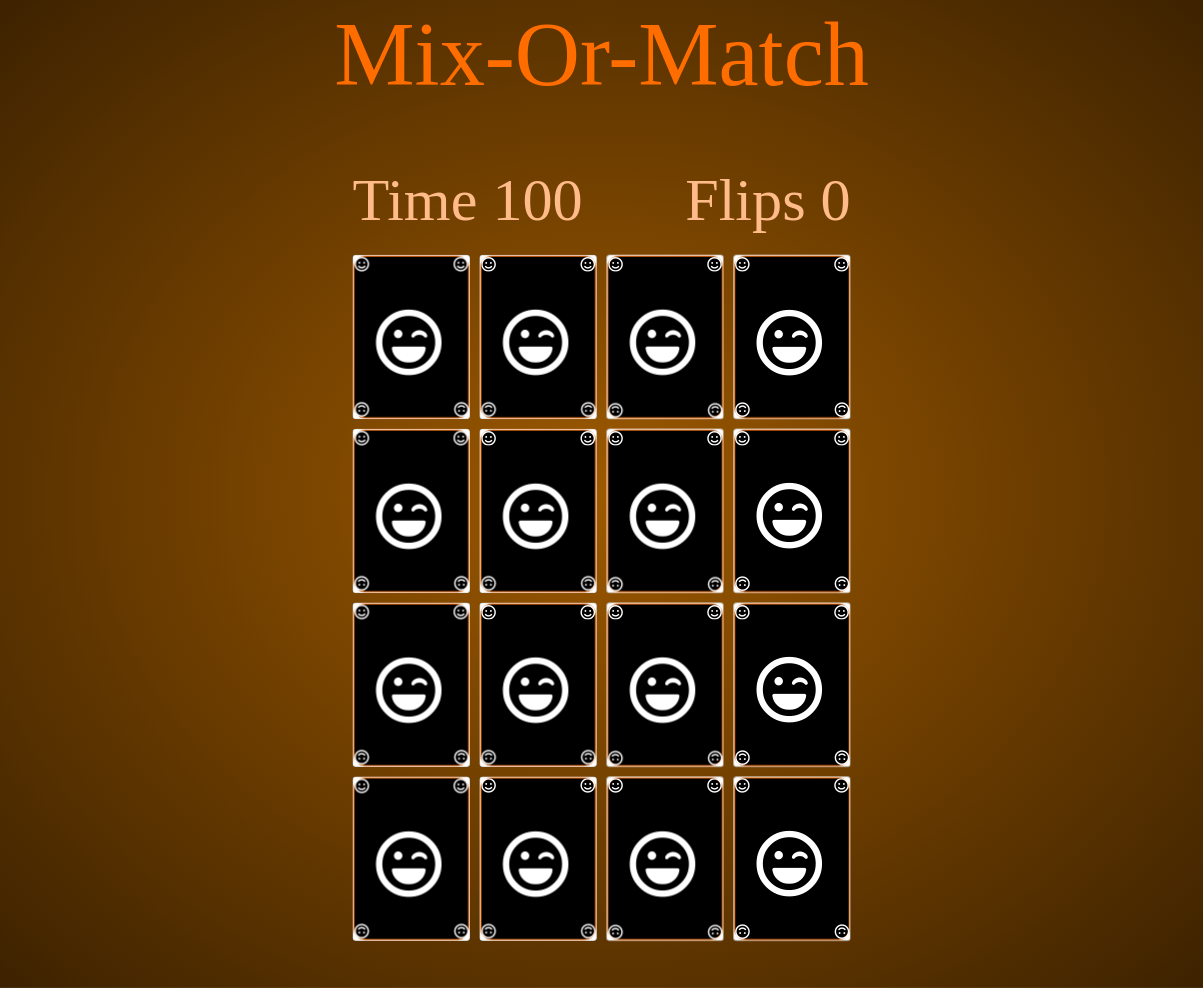
Repository: Code-Institute-Submissions/Memory-Game-7
Page: index.html
The author's editor kept a record of every edit. The page is drawn from the files as they stood at one moment, then again after the next edit.
The browser window is 1280 px wide. The pictures show the whole page, at 94% of full size.
Some web fonts or font styles are not loaded; a fallback is used. Some web libraries are served in a nearby version.

Above is the page before.

### index.html
<!DOCTYPE html>
<html lang="en">

<head>
    <meta charset="UTF-8">
    <meta name="viewport" content="width=device-width, initial-scale=1.0">
    <meta http-equiv="X-UA-Compatible" content="ie=edge">
    <title>Mix-Or-Match</title>
    <link rel="stylesheet" href="assets/css/style.css" type="text/css" />
    <link rel="stylesheet" href="https://stackpath.bootstrapcdn.com/bootstrap/4.3.1/css/bootstrap.min.css" integrity="sha384-ggOyR0iXCbMQv3Xipma34MD+dH/1fQ784/j6cY/iJTQUOhcWr7x9JvoRxT2MZw1T" crossorigin="anonymous">
    <script src="https://code.jquery.com/jquery-3.3.1.slim.min.js" integrity="sha384-q8i/X+965DzO0rT7abK41JStQIAqVgRVzpbzo5smXKp4YfRvH+8abtTE1Pi6jizo" crossorigin="anonymous"></script>
    <script src="https://stackpath.bootstrapcdn.com/bootstrap/4.3.1/js/bootstrap.min.js" integrity="sha384-JjSmVgyd0p3pXB1rRibZUAYoIIy6OrQ6VrjIEaFf/nJGzIxFDsf4x0xIM+B07jRM" crossorigin="anonymous"></script>
    <script src="https://cdnjs.cloudflare.com/ajax/libs/popper.js/1.14.7/umd/popper.min.js" integrity="sha384-UO2eT0CpHqdSJQ6hJty5KVphtPhzWj9WO1clHTMGa3JDZwrnQq4sF86dIHNDz0W1" crossorigin="anonymous"></script>
    <link rel="stylesheet" href="https://use.fontawesome.com/releases/v5.8.1/css/all.css" integrity="sha384-50oBUHEmvpQ+1lW4y57PTFmhCaXp0ML5d60M1M7uH2+nqUivzIebhndOJK28anvf" crossorigin="anonymous">
    <link rel="stylesheet" href="https://cdnjs.cloudflare.com/ajax/libs/hover.css/2.3.1/css/hover-min.css" type="text/css" />

    <link href="https://fonts.googleapis.com/css?family=Special+Elite&display=swap" rel="stylesheet">
</head>

<body>
    <h1 class="page-title">Mix-Or-Match</h1>
    <div class="overlay-text visible">
        Click to Start
    </div>
    <div id="game-over-text" class="overlay-text">
        GAME OVER
        <span class="overlay-text-small">Click to Restart</span>
    </div>
    <div id="victory-text" class="overlay-text">
        VICTORY
        <span class="overlay-text-small">Click to Restart</span>
    </div>
    <div class="game-container">
        <div class="game-info-container">
            <div class="game-info">
                Time <span id="time-remaining">100</span>
            </div>
            <div class="game-info">
                Flips <span id="time-remaining">0</span>
            </div>
        </div>
        <div class="card">
            <div class="card-back card-face">
                <i class="far fa-smile smiley smiley-top-left"></i>
                <i class="far fa-smile smiley smiley-top-right"></i>
                <i class="far fa-smile smiley smiley-bottom-left"></i>
                <i class="far fa-smile smiley smiley-bottom-right"></i>
                <i class="far fa-laugh-wink fa-5x wink card-value"></i>
            </div>
            <div class="card-front card-face">
                <i class="far fa-smile smiley smiley-top-left"></i>
                <i class="far fa-smile smiley smiley-top-right"></i>
                <i class="far fa-smile smiley smiley-bottom-left"></i>
                <i class="far fa-smile smiley smiley-bottom-right"></i>
                <i class="fas fa-heart fa-5x wink card-value"></i>
            </div>
        </div>
         <div class="card">
            <div class="card-back card-face">
                <i class="far fa-smile smiley smiley-top-left"></i>
                <i class="far fa-smile smiley smiley-top-right"></i>
                <i class="far fa-smile smiley smiley-bottom-left"></i>
                <i class="far fa-smile smiley smiley-bottom-right"></i>
                <i class="far fa-laugh-wink fa-5x wink card-value"></i>
            </div>
            <div class="card-front card-face">
                <i class="far fa-smile smiley smiley-top-left"></i>
                <i class="far fa-smile smiley smiley-top-right"></i>
                <i class="far fa-smile smiley smiley-bottom-left"></i>
                <i class="far fa-smile smiley smiley-bottom-right"></i>
                <i class="fas fa-heart fa-5x wink card-value"></i>
            </div>
        </div>
         <div class="card">
            <div class="card-back card-face">
                <i class="far fa-smile smiley smiley-top-left"></i>
                <i class="far fa-smile smiley smiley-top-right"></i>
                <i class="far fa-smile smiley smiley-bottom-left"></i>
                <i class="far fa-smile smiley smiley-bottom-right"></i>
                <i class="far fa-laugh-wink fa-5x wink card-value"></i>
            </div>
            <div class="card-front card-face">
                <i class="far fa-smile smiley smiley-top-left"></i>
                <i class="far fa-smile smiley smiley-top-right"></i>
                <i class="far fa-smile smiley smiley-bottom-left"></i>
                <i class="far fa-smile smiley smiley-bottom-right"></i>
                <i class="fas fa-star fa-5x wink card-value"></i>
            </div>
        </div>
         <div class="card">
            <div class="card-back card-face">
                <i class="far fa-smile smiley smiley-top-left"></i>
                <i class="far fa-smile smiley smiley-top-right"></i>
                <i class="far fa-smile smiley smiley-bottom-left"></i>
                <i class="far fa-smile smiley smiley-bottom-right"></i>
                <i class="far fa-laugh-wink fa-5x wink card-value"></i>
            </div>
            <div class="card-front card-face">
                <i class="far fa-smile smiley smiley-top-left"></i>
                <i class="far fa-smile smiley smiley-top-right"></i>
                <i class="far fa-smile smiley smiley-bottom-left"></i>
                <i class="far fa-smile smiley smiley-bottom-right"></i>
                <i class="fas fa-star fa-5x wink card-value"></i>
            </div>
        </div>
         <div class="card">
            <div class="card-back card-face">
                <i class="far fa-smile smiley smiley-top-left"></i>
                <i class="far fa-smile smiley smiley-top-right"></i>
                <i class="far fa-smile smiley smiley-bottom-left"></i>
                <i class="far fa-smile smiley smiley-bottom-right"></i>
                <i class="far fa-laugh-wink fa-5x wink card-value"></i>
            </div>
            <div class="card-front card-face">
                <i class="far fa-smile smiley smiley-top-left"></i>
                <i class="far fa-smile smiley smiley-top-right"></i>
                <i class="far fa-smile smiley smiley-bottom-left"></i>
                <i class="far fa-smile smiley smiley-bottom-right"></i>
                <i class="fas fa-cloud fa-5x wink card-value"></i>
            </div>
        </div>
         <div class="card">
            <div class="card-back card-face">
                <i class="far fa-smile smiley smiley-top-left"></i>
                <i class="far fa-smile smiley smiley-top-right"></i>
                <i class="far fa-smile smiley smiley-bottom-left"></i>
                <i class="far fa-smile smiley smiley-bottom-right"></i>
                <i class="far fa-laugh-wink fa-5x wink card-value"></i>
            </div>
            <div class="card-front card-face">
                <i class="far fa-smile smiley smiley-top-left"></i>
                <i class="far fa-smile smiley smiley-top-right"></i>
                <i class="far fa-smile smiley smiley-bottom-left"></i>
                <i class="far fa-smile smiley smiley-bottom-right"></i>
                <i class="fas fa-cloud fa-5x wink card-value"></i>
            </div>
        </div>
         <div class="card">
            <div class="card-back card-face">
                <i class="far fa-smile smiley smiley-top-left"></i>
                <i class="far fa-smile smiley smiley-top-right"></i>
                <i class="far fa-smile smiley smiley-bottom-left"></i>
                <i class="far fa-smile smiley smiley-bottom-right"></i>
                <i class="far fa-laugh-wink fa-5x wink card-value"></i>
            </div>
            <div class="card-front card-face">
                <i class="far fa-smile smiley smiley-top-left"></i>
                <i class="far fa-smile smiley smiley-top-right"></i>
                <i class="far fa-smile smiley smiley-bottom-left"></i>
                <i class="far fa-smile smiley smiley-bottom-right"></i>
                <i class="fas fa-futbol fa-5x wink card-value"></i>
            </div>
        </div>
         <div class="card">
            <div class="card-back card-face">
                <i class="far fa-smile smiley smiley-top-left"></i>
                <i class="far fa-smile smiley smiley-top-right"></i>
                <i class="far fa-smile smiley smiley-bottom-left"></i>
                <i class="far fa-smile smiley smiley-bottom-right"></i>
                <i class="far fa-laugh-wink fa-5x wink card-value"></i>
            </div>
            <div class="card-front card-face">
                <i class="far fa-smile smiley smiley-top-left"></i>
                <i class="far fa-smile smiley smiley-top-right"></i>
                <i class="far fa-smile smiley smiley-bottom-left"></i>
                <i class="far fa-smile smiley smiley-bottom-right"></i>
                <i class="fas fa-futbol fa-5x wink card-value"></i>
            </div>
        </div>
         <div class="card">
            <div class="card-back card-face">
                <i class="far fa-smile smiley smiley-top-left"></i>
                <i class="far fa-smile smiley smiley-top-right"></i>
                <i class="far fa-smile smiley smiley-bottom-left"></i>
                <i class="far fa-smile smiley smiley-bottom-right"></i>
                <i class="far fa-laugh-wink fa-5x wink card-value"></i>
            </div>
            <div class="card-front card-face">
                <i class="far fa-smile smiley smiley-top-left"></i>
                <i class="far fa-smile smiley smiley-top-right"></i>
                <i class="far fa-smile smiley smiley-bottom-left"></i>
                <i class="far fa-smile smiley smiley-bottom-right"></i>
                <i class="fas fa-cat fa-5x wink card-value"></i>
            </div>
        </div>
         <div class="card">
            <div class="card-back card-face">
                <i class="far fa-smile smiley smiley-top-left"></i>
                <i class="far fa-smile smiley smiley-top-right"></i>
                <i class="far fa-smile smiley smiley-bottom-left"></i>
                <i class="far fa-smile smiley smiley-bottom-right"></i>
                <i class="far fa-laugh-wink fa-5x wink card-value"></i>
            </div>
            <div class="card-front card-face">
                <i class="far fa-smile smiley smiley-top-left"></i>
                <i class="far fa-smile smiley smiley-top-right"></i>
                <i class="far fa-smile smiley smiley-bottom-left"></i>
                <i class="far fa-smile smiley smiley-bottom-right"></i>
                <i class="fas fa-cat fa-5x wink card-value"></i>
            </div>
        </div>
         <div class="card">
            <div class="card-back card-face">
                <i class="far fa-smile smiley smiley-top-left"></i>
                <i class="far fa-smile smiley smiley-top-right"></i>
                <i class="far fa-smile smiley smiley-bottom-left"></i>
                <i class="far fa-smile smiley smiley-bottom-right"></i>
                <i class="far fa-laugh-wink fa-5x wink card-value"></i>
            </div>
            <div class="card-front card-face">
                <i class="far fa-smile smiley smiley-top-left"></i>
                <i class="far fa-smile smiley smiley-top-right"></i>
                <i class="far fa-smile smiley smiley-bottom-left"></i>
                <i class="far fa-smile smiley smiley-bottom-right"></i>
                <i class="fas fa-dog fa-5x wink card-value"></i>
            </div>
        </div>
         <div class="card">
            <div class="card-back card-face">
                <i class="far fa-smile smiley smiley-top-left"></i>
                <i class="far fa-smile smiley smiley-top-right"></i>
                <i class="far fa-smile smiley smiley-bottom-left"></i>
                <i class="far fa-smile smiley smiley-bottom-right"></i>
                <i class="far fa-laugh-wink fa-5x wink card-value"></i>
            </div>
            <div class="card-front card-face">
                <i class="far fa-smile smiley smiley-top-left"></i>
                <i class="far fa-smile smiley smiley-top-right"></i>
                <i class="far fa-smile smiley smiley-bottom-left"></i>
                <i class="far fa-smile smiley smiley-bottom-right"></i>
                <i class="fas fa-dog fa-5x wink card-value"></i>
            </div>
        </div>
         <div class="card">
            <div class="card-back card-face">
                <i class="far fa-smile smiley smiley-top-left"></i>
                <i class="far fa-smile smiley smiley-top-right"></i>
                <i class="far fa-smile smiley smiley-bottom-left"></i>
                <i class="far fa-smile smiley smiley-bottom-right"></i>
                <i class="far fa-laugh-wink fa-5x wink card-value"></i>
            </div>
            <div class="card-front card-face">
                <i class="far fa-smile smiley smiley-top-left"></i>
                <i class="far fa-smile smiley smiley-top-right"></i>
                <i class="far fa-smile smiley smiley-bottom-left"></i>
                <i class="far fa-smile smiley smiley-bottom-right"></i>
                <i class="fas fa-frog fa-5x wink card-value"></i>
            </div>
        </div>
         <div class="card">
            <div class="card-back card-face">
                <i class="far fa-smile smiley smiley-top-left"></i>
                <i class="far fa-smile smiley smiley-top-right"></i>
                <i class="far fa-smile smiley smiley-bottom-left"></i>
                <i class="far fa-smile smiley smiley-bottom-right"></i>
                <i class="far fa-laugh-wink fa-5x wink card-value"></i>
            </div>
            <div class="card-front card-face">
                <i class="far fa-smile smiley smiley-top-left"></i>
                <i class="far fa-smile smiley smiley-top-right"></i>
                <i class="far fa-smile smiley smiley-bottom-left"></i>
                <i class="far fa-smile smiley smiley-bottom-right"></i>
                <i class="fas fa-frog fa-5x wink card-value"></i>
            </div>
        </div>
         <div class="card">
            <div class="card-back card-face">
                <i class="far fa-smile smiley smiley-top-left"></i>
                <i class="far fa-smile smiley smiley-top-right"></i>
                <i class="far fa-smile smiley smiley-bottom-left"></i>
                <i class="far fa-smile smiley smiley-bottom-right"></i>
                <i class="far fa-laugh-wink fa-5x wink card-value"></i>
            </div>
            <div class="card-front card-face">
                <i class="far fa-smile smiley smiley-top-left"></i>
                <i class="far fa-smile smiley smiley-top-right"></i>
                <i class="far fa-smile smiley smiley-bottom-left"></i>
                <i class="far fa-smile smiley smiley-bottom-right"></i>
                <i class="fas fa-horse fa-5x wink card-value"></i>
            </div>
        </div>
         <div class="card">
            <div class="card-back card-face">
                <i class="far fa-smile smiley smiley-top-left"></i>
                <i class="far fa-smile smiley smiley-top-right"></i>
                <i class="far fa-smile smiley smiley-bottom-left"></i>
                <i class="far fa-smile smiley smiley-bottom-right"></i>
                <i class="far fa-laugh-wink fa-5x wink card-value"></i>
            </div>
            <div class="card-front card-face">
                <i class="far fa-smile smiley smiley-top-left"></i>
                <i class="far fa-smile smiley smiley-top-right"></i>
                <i class="far fa-smile smiley smiley-bottom-left"></i>
                <i class="far fa-smile smiley smiley-bottom-right"></i>
                <i class="fas fa-horse fa-5x wink card-value"></i>
            </div>
        </div>

    </div>

    <script type="text/javascript" src="assets/js/script.js"></script>
</body>

</html>

### assets/css/style.css
@font-face {
    font-family: "Creepy";
    src: url("Assets/Fonts/Creepy.woff") format("woff"),
    src: url("Assets/Fonts/Creepy.woff2") format("woff2")
}

@font-face {
    font-family: "Lunacy";
    src: url("Assets/Fonts/Lunacy.woff") format("woff"),
    src: url("Assets/Fonts/Lunacy.woff2") format("woff2")
}

* {
    box-sizing: border-box;
}

html{
    min-height: 100vh;
}

body {
    margin: 0;
    background: radial-gradient(#9D5900, #3D2200);
}

.page-title {
    color: #FF6D00;
    font-family: Creepy, serif;
    font-weight: normal;
    text-align: center;
    font-size: 6em;
}

.game-info-container{
    grid-column: 1 / -1;
    display: flex;
    justify-content: space-between;
}

.game-info {
    font-family: Lunacy, serif;
    color: #FFBB89;
    font-size: 4em;
}

.game-container {
    display: grid;
    grid-template-columns: repeat(4, auto);
    grid-gap: 10px;
    margin: 50px;
    justify-content: center;
    perspective: 500px;
}

.card {
    position: relative;
    height: 175px;
    width: 125px;
}

i {
    color: #fff;
}

.card-face{
    position: absolute;
    width: 100%;
    height: 100%;
    display: flex;
    justify-content: center;
    align-items: center;
    backface-visibility: hidden;
    border-radius: 12px;
    border-width: 1px;
    border-style: solid;
    transition: transform 500ms ease-in-out;
}

.card.visible .card-back {
    transform: rotateY(-180deg);
}

.card.visible .card-front {
    transform: rotateY(0deg);
}

.card.matched .card-value {
    animation: dance 1s linear infinite 500ms;
}

.overlay-text {
    display: none;
    position: fixed;
    top: 0;
    left: 0;
    right: 0;
    bottom: 0;
    justify-content: center;
    align-items: center;
    z-index: 100;
    color: #FF6D00;
    font-family: Creepy, serif;
}

.overlay-text-small {
    font-size: 3em;
}

.overlay-text-visible {
    display: flex;
    flex-direction: column;
    animation: overlay-grow 500ms forwards;
}

@keyframes overlay-grow {
    from {
        background-color: rgba(0, 0, 0, 0);
        font-size: 0;
    }
    to {
        background-color: rgba(0, 0, 0, .8);
        font-size: 10em;
    }
}
/*@keyframes dance {*/
/*    0%, 100& {*/
/*        transform: rotate(0);*/
/*    }*/
/*    25% {*/
/*        transform: rotate(-23deg);*/
/*    }*/
/*    76% {*/
/*        transform: rotate(30deg);*/
/*    }*/
/*}*/

.card-back{
    background-color: #000;
    border-color: #FF6D00;
}

.card-front {
    background-color: #FFBB89;
    border-color: #333;
    transform: rotateY(180deg);
}

.card-value {
    transition: transform 100ms ease-in-out;
    transform: scale(.9);
}

.card-front:hover ,card-value {
    transform: scale(1);
}

.smiley{
    position: absolute;
    transition: width 100ms ease-in-out, height 100ms ease-in-out;
}

.smiley-top-left{
    top: 0;
    left: 0;
}

.smiley-top-right{
    top: 0;
    right: 0;
}

.smiley-bottom-left{
    transform: rotate(180deg);
    bottom: 0;
    left: 0;
}

.smiley-bottom-right{
    transform: rotate(180deg);
    bottom: 0;
    right: 0;
}

.wink {
    position: absolute;
    top: 30%;
    right: 20%;
    transition: width 100ms ease-in-out, height 100ms ease-in-out;
}

.card-back:hover .wink {
    transform: translateY(0);
}

@media (max-width: 600px) {
    .game-container {
        grid-template-columns: repeat(2, auto);
    }

    .game-info-container {
        flex-direction: column;
        align-items: center;
    }
}

Loaded but not shown: assets/js/script.js (162 lines, source omitted)

After the next edit:
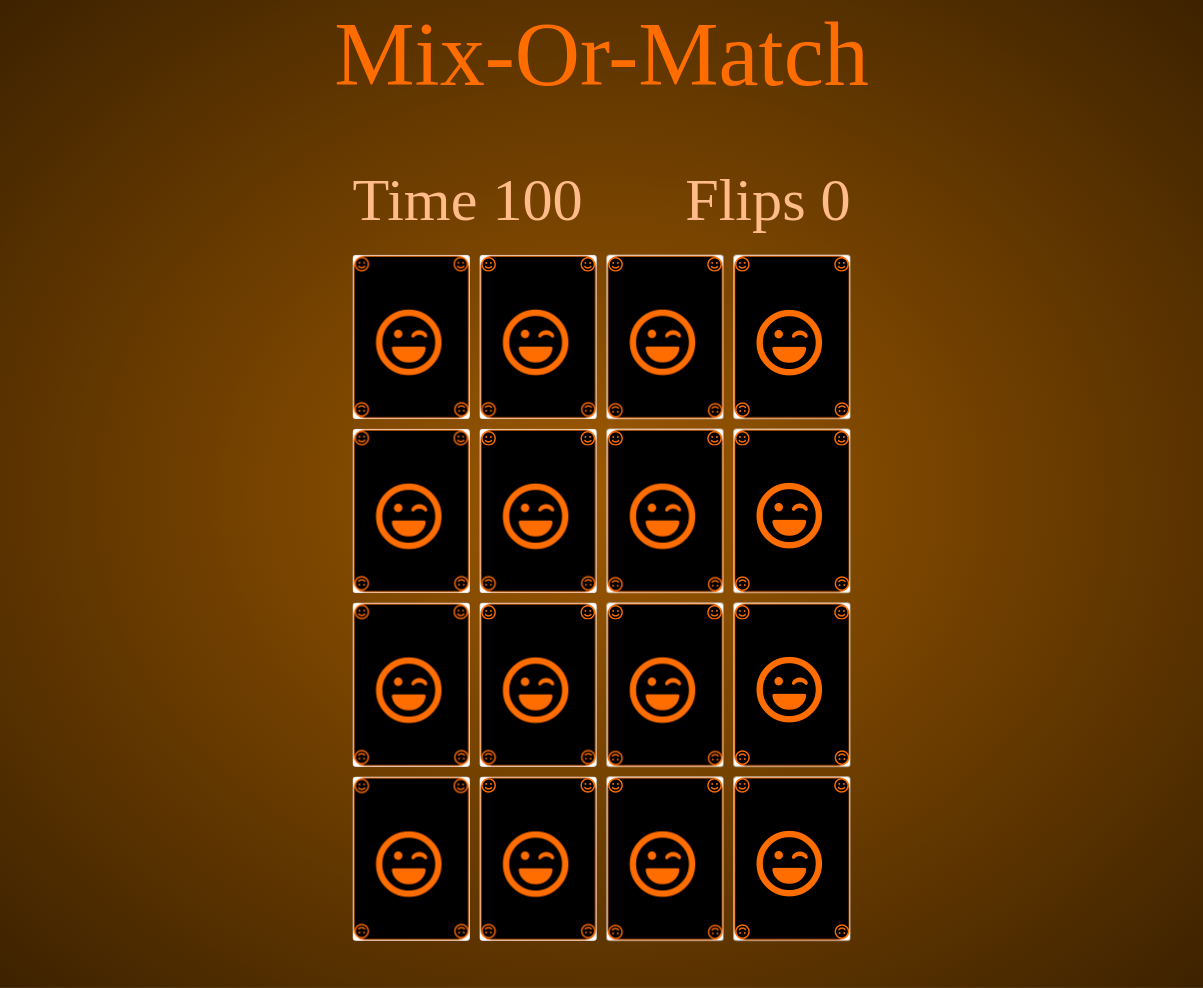
The edit:
--- a/assets/css/style.css
+++ b/assets/css/style.css
@@ -59,7 +59,7 @@
 }
 
 i {
-    color: #fff;
+    color: #FF6D00;
 }
 
 .card-face{
